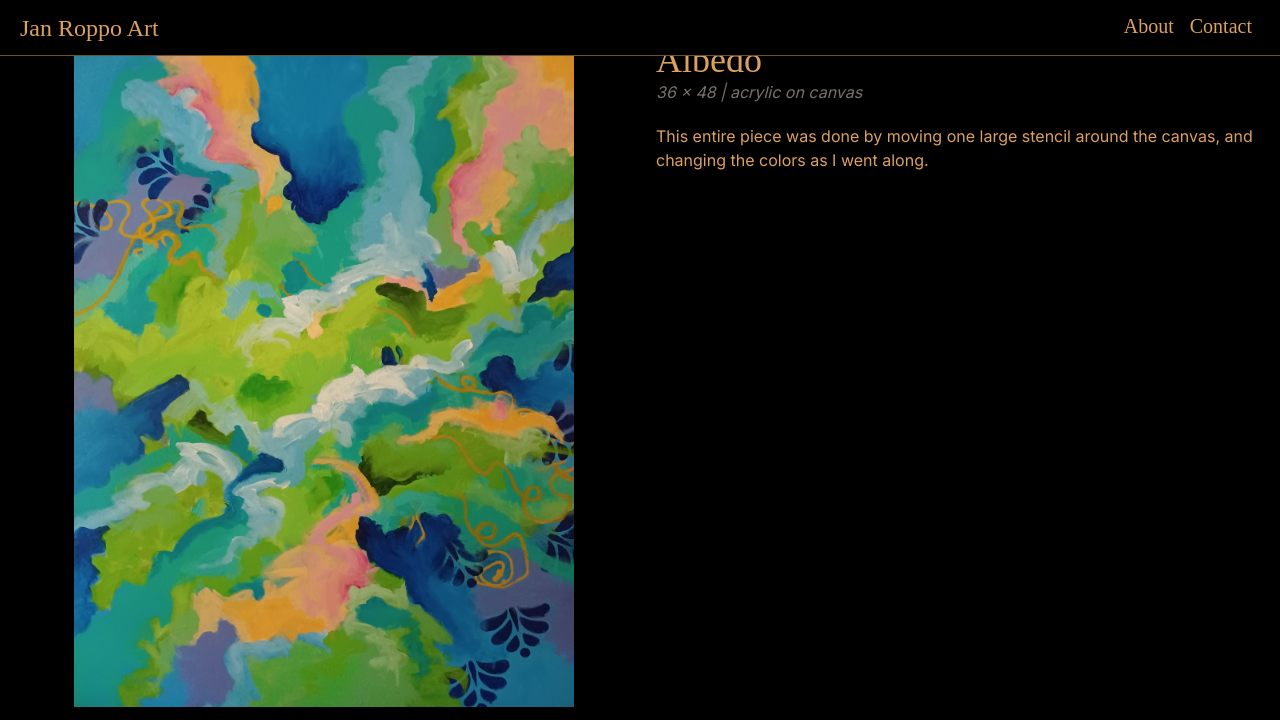
Repository: YanceMcFinn/JRArt
Page: /works/albedo
The author's editor kept a copy of each file at every save. The page is drawn from the files as they stood at one save, then again after the next save.
The browser window is 1280 px wide. The pictures show the whole page.
The project was rebuilt for these pictures with package versions that can differ from the ones it lists, and the page was loaded fresh each time. The framework's server and built-in components were replaced by stand-ins that run in the browser. Also part of the build but not shown: next.config.js.

Above is the page before, as saved 2023-10-17 23:02:52.

After the next save:
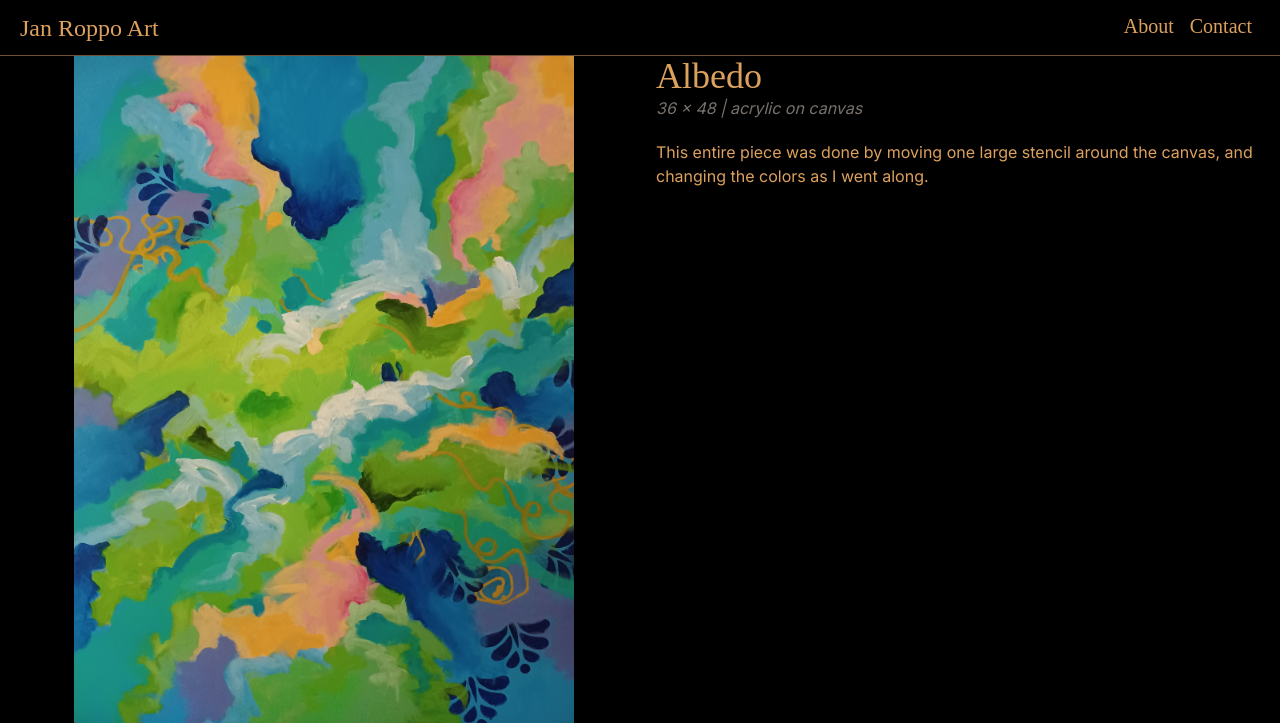
Saved 99 s later.
--- a/app/works/[title]/page.js
+++ b/app/works/[title]/page.js
@@ -21,7 +21,7 @@ export default function Work({params}){
   let srctest = `../../../public/static/img/${params.title.toLowerCase().replaceAll("%20", "_")}.jpg`
   const imgSrc = require(`../../../public/static/img/${params.title.toLowerCase().replaceAll("%20", "_")}.jpg`)
   return(
-    <div className="flex flex-row px-2 mt-10 text-main-color">
+    <div className="flex flex-row px-2 mt-14 text-main-color">
       <div className="basis-1/2">
         <Image src={imgSrc}
           className='mx-auto'
